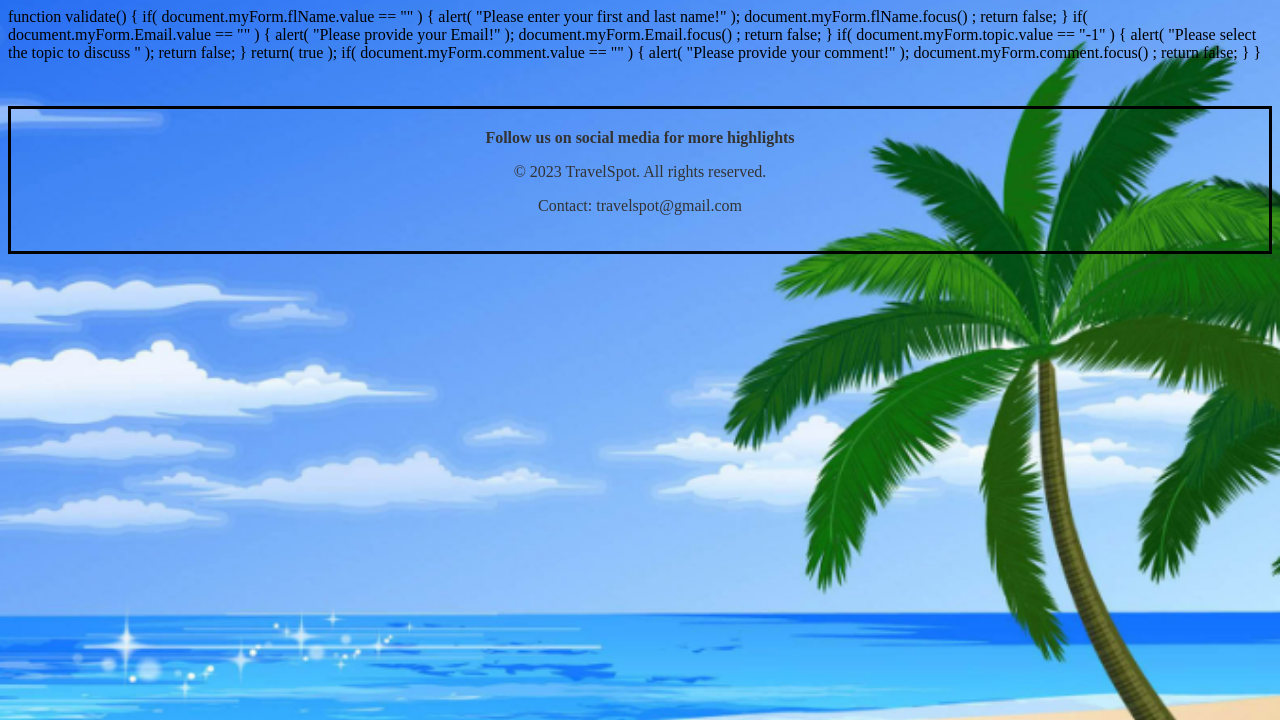
Repository: vRia4/INST728J-Victoria-Nathaniel
Page: Project/info.html
These files come from the project's save history. The page is drawn as it stood at one moment and after the next save; the edit follows.
The browser window is 1280 px wide. The pictures show the whole page.

Above is the page before, as saved 2023-08-11 17:31:24.

### Project/info.html
<html>
	<head>
		<!-- <title>Contact Us</title>
		<link rel="stylesheet" href="https://cdnjs.cloudflare.com/ajax/libs/font-awesome/6.0.0-beta3/css/all.min.css">
    	<script type = "text/javascript"> -->

			function validate() {

				if( document.myForm.flName.value == "" ) {
					alert( "Please enter your first and last name!" );
					document.myForm.flName.focus() ;
					return false;
				}
				if( document.myForm.Email.value == "" ) {
					alert( "Please provide your Email!" );
					document.myForm.Email.focus() ;
					return false;
				}
				if( document.myForm.topic.value == "-1" ) {
					alert( "Please select the topic to discuss " );
					return false;
				}
				return( true );
                if( document.myForm.comment.value == "" ) {
					alert( "Please provide your comment!" );
					document.myForm.comment.focus() ;
					return false;
				}
			}
		</script>
		<style>
			html{
				background-image: url(image/beach.png);
				background-size: cover;
				background-repeat: no-repeat;
				height: 100vh;
			}
			/* h1, .text1, th, td, table {
				margin-top: 20px;
				padding : 10px;
				margin-left: 15%;
			} */

			h2{
				font-family: "Helvetica Neue",Helvetica,Arial;
				font-size: 14px;
			}

			/* footer {
					background-color: #f3e2e2;
					padding: 20px;
					text-align: center;
					color: #333;
					font-size: 14px;
					margin-top: 20.5%;
					width: 100%;
					margin-right: 20%;
					padding-right: 0px;
				}

			/*footer .icons {
				margin-top: 0%;
			} */

            /* footer{
                background-color: #f3e2e2;
                max-width: 100%;
                padding-left: 1%;
                border: black;
            } */

			footer .icons a {
				color: #921515;
				margin-right: 10px;
			}

            .wrapper{
            width: 60%;
            margin: 0 auto;
            padding: 20px;
            border: 1px solid #ccc;
            background-color: #f7f7f7;
            box-shadow: 5px 5px 10px rgba(0, 0, 0, 0.3);
            }
            .form-container {
            width: 100%;
            margin-left: 10%;
            padding: 20px;
            /* border: 1px solid #ccc;
            background-color: #f7f7f7;
            box-shadow: 5px 5px 10px rgba(0, 0, 0, 0.3); */
        }

        /* Styles for input fields */
        .form-input {
            width: 50%;
            padding: 10px;
            margin-bottom: 10px;
            border: 1px solid #ccc;
            border-radius: 4px;
        }

        /* Style the submit button */
        .form-submit {
            background-color: #4CAF50;
            color: white;
            padding: 10px 20px;
            border: none;
            border-radius: 4px;
            cursor: pointer;
        }

        /* Style the submit button on hover */
        .form-submit:hover {
            background-color: #45a049;
        }
		</style>
   </head>

   <body >
    <!-- <div class="wrapper">
		<div class="form-container">
            <h1>Form Submission</h1>
            <p class="text1">Thank you for contacting us. Please leave your questions here and we will endeavor to anwser them.</p>

            <form action = "welcome.html" name = "myForm" onsubmit = "return(validate());">
                <label for="name">Name:</label><br>
                <input type="text" id="name" name="flName" class="form-input", placeholder="Full name" ><br>

                <label for="email">Email:</label><br>
                <input type="email" id="email" name="Email" class="form-input" , placeholder="Email"><br>

                <label for="message">Select related topic question to discuss</label><br>
                <select name="topic" class="form-input">
                    <option value = "-1" selected>Select a topic</option>
                    <option value = "1">Australia</option>
                    <option value = "2">Canada</option>
                    <option value = "3">France</option>
                    <option value = "4">Germany</option>
                    <option value = "5">Georgia</option>
                    <option value = "6">Mexico</option>
                    <option value = "7">Spain</option>
                    <option value = "8">UK</option>
                    <option value = "9">USA</option>
                </select><br>

                <label for="message">Comment:</label><br>
                <textarea id="message" name="comment" class="form-input" rows="4" , placeholder="Comment"></textarea><br>

                <input type="submit" value="Submit" class="form-submit">
            </form>
        </div>
    </div>	 -->
		<footer align="center" style="margin-top: 3.5%; padding: 20px; color: #333; border-style: solid; border-color: black;">
			<div><strong>Follow us on social media for more highlights</strong></div>
			<p>&copy; 2023 TravelSpot. All rights reserved.</p>
			<p>Contact: travelspot@gmail.com</p>

			<div class="icons">
				<a href="https://www.facebook.com" title="Facebook"><i class="fab fa-facebook"></i></a>
				<a href="https://www.twitter.com" title="Twitter"><i class="fab fa-twitter"></i></a>
				<a href="https://www.instagram.com" title="Instagram"><i class="fab fa-instagram"></i></a>
			</div>
		</footer>
   	</body>
</html>

### Project/styles.css
/* Home page style */
* {
    margin: 0;
    padding: 0;
    box-sizing: border-box;
  }

  /* .container {
    max-width: 960px;
    margin-top: 25px;
    margin: auto;
  } */

  /* nav {
    border-radius: 4px;
    padding: 10px;
    margin-bottom: 15px;
    display: flex;
    justify-content: space-between;
    background-color: #201f18a6;
  } */

  h2{
    font-size: 16pt;
  }

  .text{
    font-size: 14pt;
    text-align: justify;
    line-height: 1.5;
    width: 100%;
  }

  nav {
    background-color: #1974a8;
    /* color: #1b0c0c; */
    padding: 0%;
    background-image: none;
    /* margin-left: 30%; */
    /* width: 100%; */
  }

  .logo {
    color: #7cd15a;
    font-size: 30px;
    align-items: center;
    bottom: 0;
  }

  .logo span {
    color: #043369;
  }

img{
  width: 3%;
  height: 4%;
  /* margin-top: 1%; */
}
  .menu_bar {
    /* background-color: #839db6; */
    /* height: 50px; */
    /* width: 100%; */
    display: flex;
    justify-content: space-between;
    padding: 0 5%;
    /* padding-bottom: 10%; */

    /* position: relative; */
  }

  .menu_bar ul {
    /* list-style: none; */
    display: flex;
  }

  .menu_bar ul li {
    padding: 10px 30px;
    position: relative;
  }

  .menu_bar ul li a {
    font-size: 20px;
    color: #e9e9e9;
    text-decoration: none;

    transition: all 0.3s;
  }

  .menu_bar ul li a:hover {
    color: #000408;
  }

  /* a{
    color: #020202;
  } */

  ul.menu{
    /* list-style-type: none; */
    /* margin-right: 20%; */
    margin-left: 10%;
    /* padding: 0%; */
  }

  ul.menu li {
    display: inline-block;
    margin-right: 20px;
  }

  ul.menu li a {
    color: #fff;
    text-decoration: none;
    padding: 5px;
    /* margin-left: 5%; */
  }

  ul.menu li a:hover {
    background-color: #ebd9d9;
  }

  ul.submenu {
    display: none;
    position: absolute;
    background-color:lightslategray;
    /* border: 30%; */
    border-radius: 3%;

  }

  ul.submenu li a:hover {
    background-color: #ebd9d9;
  }

  li#dropdown:hover .submenu {
    display: block;
  }

  ul.submenu li {
    display: block;
    padding: 2px;
    line-height: 2;
  }

  ul.submenu li a {
    color: #fff;
    /* padding: 5px;
    padding-left: 10%; */
    /* display: block; */
    font-family: "Helvetica Neue",Helvetica,Arial;
    font-size: 13pt;
    margin-right: 20%;
    width: 10%;
  }

  .row{
    /* display: flex; */
    /* height: 88%; */
    align-items: center;
    margin-top: 15%;
    margin-left: 10%;
    font-family: 'Gill Sans', 'Gill Sans MT', Calibri, 'Trebuchet MS', sans-serif;
    font-size: 18pt;
    /* border-style: #01050a; */
  }

  .button {
    display: inline-block;
    background-color: #9caab8;
    font-size: 18px;
    padding: 12px;
    border-radius: 10px;
    margin-top: 2%;
    margin-left: 10%;
    cursor: pointer;
    text-decoration: none;
    color: black;
    box-shadow: 5px 5px 10px rgba(0, 0, 0, 0.3);
  }

  .button:hover {
    color: rgb(51, 51, 145);
  }

  .reserve{
    display: inline-block;
    background-color: rgb(78, 167, 78);
    border-style:groove;
    border-color: #333;
    padding: 5px;
    border-radius: 10px;
    margin-left: 12%;
    margin-top: 1%;
    color: rgb(12, 8, 12);
    font-size: 13pt;
    text-decoration: none;
    cursor: pointer;
  }

  .food{
    display: inline-block;
    /* background-color: rgb(78, 167, 78); */
    border-style: solid;
    border-color: rgb(240, 95, 95);
    padding: 5px;
    border-radius: 10px;
    margin-left: 12%;
    margin-top: 1%;
    color: rgb(12, 8, 12);
    box-shadow: 5px 5px 10px rgba(0, 0, 0, 0.3);
    font-size: 13pt;
    text-decoration: none;
    cursor: pointer;
  }

  .food:hover {
    color: blue;
  }

    .header{
      position: relative;
      display: inline-block;
    }

    .imgText{
      position: absolute;
      top: 10%; /* Adjust the value to control vertical positioning */
      text-align: center;   /* Adjust the value to control horizontal positioning */
      background-color: rgba(255, 255, 255, 0.8);
      /* padding: 5px; */
    }
  /* Basic styles for the dropdown container */
  .dropdown-container {
    width: 100%;
    border: 1px solid #a52a2a;
    padding: 10px;
}

/* Style for the overview section */
.overview {
    cursor: pointer;
    font-weight: bold;
    font-size: 20pt;
}

/* Initially hide the detailed description */
.description {
    display: none;
    margin-top: 10px;
}

/* Show the description when the dropdown is expanded */
.expanded .description {
    display: block;
}


 footer {
  background-color: #f3e2e2;
  padding: 10px;
  text-align: center;
  color: #333;
  font-size: 14px;
  margin-top: 25%;
  padding-right: 30%;
  margin-right: 0%;
}

/*footer .icons {
margin-top: 1px;
} */

footer .icons a {
color: #921515;
margin-left: 10px;
}

/* img.img1 {
  margin-left: 20%;
  width: 100%;
} */
/* image/rosewood.jpg */

@media (min-width: 1200px) {
  /* Styles for large screens */
  .footer {
    flex-direction: column;
    margin-top: 30%;
    /* padding: 50%; */
  }
}

After the next save:
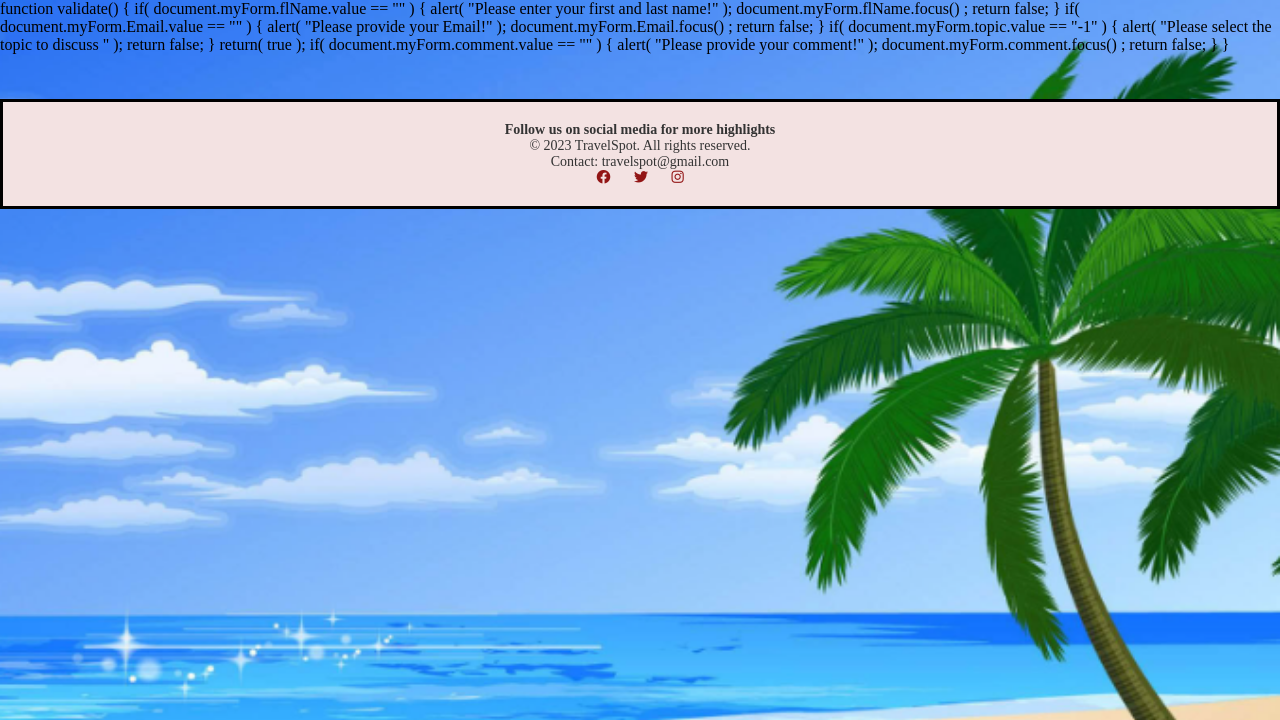
Saved 4 s later.
--- a/Project/info.html
+++ b/Project/info.html
@@ -1,5 +1,11 @@
 <html>
 	<head>
+        <meta charset="UTF-8">
+    <meta http-equiv="X-UA-Compatible" content="IE=edge">
+    <meta name="viewport" content="width=device-width, initial-scale=1.0">
+    <title>Travel</title>
+    <link rel="stylesheet" href="https://cdnjs.cloudflare.com/ajax/libs/font-awesome/6.0.0-beta3/css/all.min.css">
+    <link rel="stylesheet" href="styles.css"/>
 		<!-- <title>Contact Us</title>
 		<link rel="stylesheet" href="https://cdnjs.cloudflare.com/ajax/libs/font-awesome/6.0.0-beta3/css/all.min.css">
     	<script type = "text/javascript"> -->

After the 4 saves that followed:
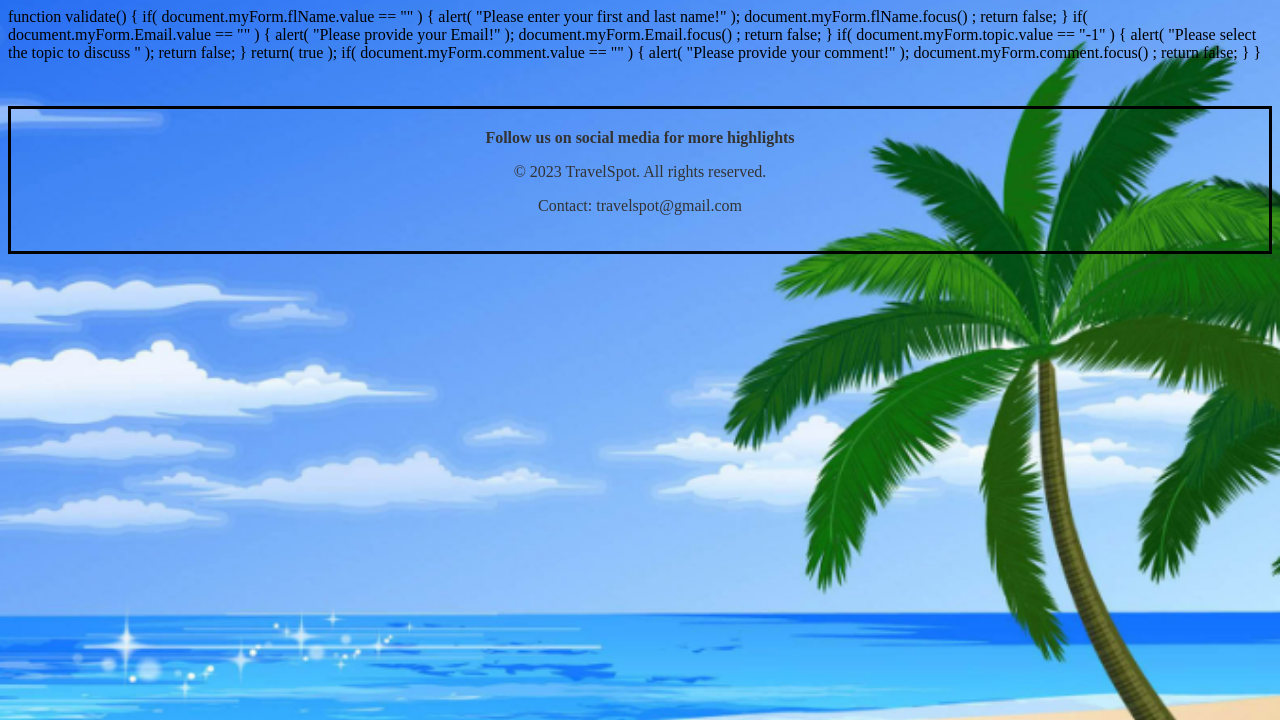
The 4 saves are shown as one change because 1 left the picture as it was and some came seconds apart.
The last was saved 38 s later.
--- a/Project/info.html
+++ b/Project/info.html
@@ -1,11 +1,5 @@
 <html>
 	<head>
-        <meta charset="UTF-8">
-    <meta http-equiv="X-UA-Compatible" content="IE=edge">
-    <meta name="viewport" content="width=device-width, initial-scale=1.0">
-    <title>Travel</title>
-    <link rel="stylesheet" href="https://cdnjs.cloudflare.com/ajax/libs/font-awesome/6.0.0-beta3/css/all.min.css">
-    <link rel="stylesheet" href="styles.css"/>
 		<!-- <title>Contact Us</title>
 		<link rel="stylesheet" href="https://cdnjs.cloudflare.com/ajax/libs/font-awesome/6.0.0-beta3/css/all.min.css">
     	<script type = "text/javascript"> -->
